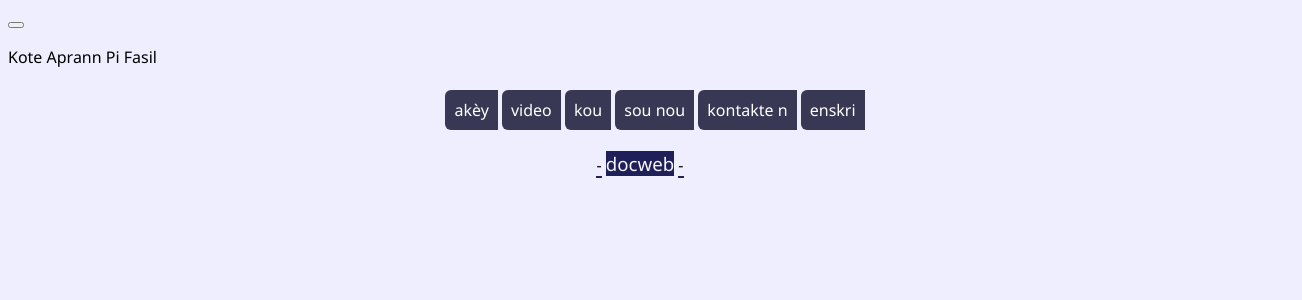
Repository: duperweb/docweb
Page: index.html
An editor plug-in stored every save of this project. The page is shown before and after a run of saves, followed by the edit.
The browser window is 1280 px wide. The page is 1302 px wide, so the pictures cover 1302 px, including what lies to the right of the window. The pictures show the whole page.

Above is the page before, as saved 2021-03-16 15:22:43.

After the next 3 saves:
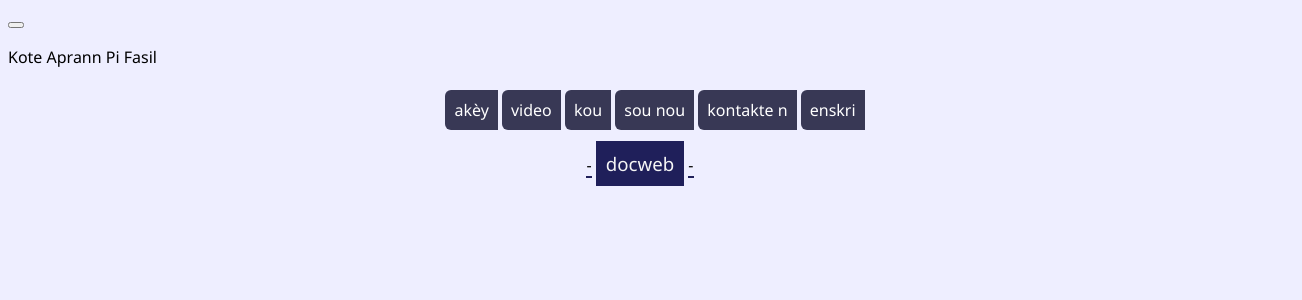
The 3 saves are shown as one change because they came seconds apart.
The last was saved 10 s later.
--- a/assets/css/home.css
+++ b/assets/css/home.css
@@ -62,12 +62,13 @@ body {
     border-radius: 100px;
 
 
-    padding: 10px;
+
     box-shadow: 5px 5px #383855;
 }
 .docweb-text-logo {
     background: #1f1f5a;
     font-size: 14pt;
-    color: whitesmoke
+    color: whitesmoke;
+    padding: 10px;
 }
 /*===================== END OF HEADER  TOP SECTION====================*/
